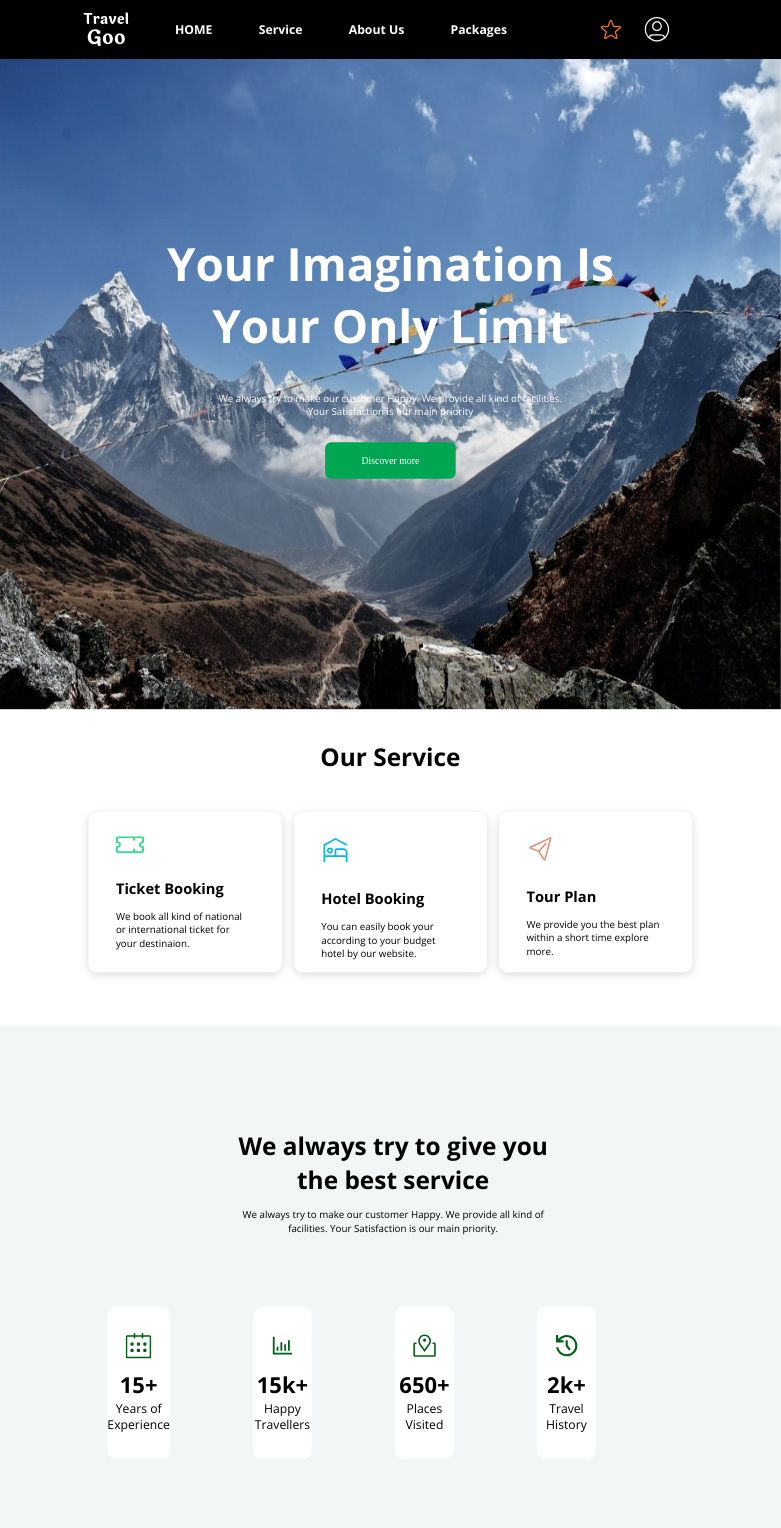
Repository: kubrazamanova/Background-Image
Page: index.html
These files come from the project's save history. The page is drawn as it stood at one moment and after a run of saves; the edit follows.
The browser window is 1280 px wide. The pictures show the whole page, at 61% of full size.

Above is the page before, as saved 2023-10-17 19:04:28.

### index.html
<!DOCTYPE html>
<html lang="en">
  <head>
    <meta charset="UTF-8" />
    <meta name="viewport" content="width=device-width, initial-scale=1.0" />
    <link rel="stylesheet" href="index.css" />
    <title>Document</title>
  </head>
  <body>
    <div class="container">
      <div class="home-page">
        <nav>
          <img src="./image/Travel Goo.svg" alt="" />
          <ul>
            <li>
              <a href="#">HOME</a>
            </li>
            <li>
              <a href="#service-page">Service</a>
            </li>
            <li>
              <a href="#">About Us</a>
            </li>

            <li>
              <a href="#">Packages</a>
            </li>
          </ul>
          <div class="photo1">
            <img src="./image/star.svg" alt="" />
            <img src="./image/user.svg" alt="" />
          </div>
        </nav>

        <main>
          <h1>Your Imagination Is Your Only Limit</h1>
          <p>
            We always try to make our customer Happy. We provide all kind of
            facilities. Your Satisfaction is our main priority
          </p>
          <a href="#">Discover more</a>
        </main>
      </div>
      <div id="service-page">
        <div class="our-service-page">
          <h1>Our Service</h1>

          <ul>
            <li>
              <svg
                xmlns="http://www.w3.org/2000/svg"
                width="46"
                height="28"
                viewBox="0 0 46 28"
                fill="none"
              >
                <path
                  d="M44.3571 10.9036C44.7929 10.9036 45.2107 10.76 45.5188 10.5044C45.8269 10.2488 46 9.90215 46 9.54067V2.72591C46 2.00295 45.6538 1.30961 45.0376 0.7984C44.4214 0.287193 43.5857 0 42.7143 0H3.28571C2.41429 0 1.57855 0.287193 0.962363 0.7984C0.346172 1.30961 0 2.00295 0 2.72591V9.54067C0 9.90215 0.173086 10.2488 0.481182 10.5044C0.789277 10.76 1.20714 10.9036 1.64286 10.9036C2.51428 10.9036 3.35002 11.1908 3.96621 11.702C4.5824 12.2132 4.92857 12.9066 4.92857 13.6295C4.92857 14.3525 4.5824 15.0458 3.96621 15.557C3.35002 16.0682 2.51428 16.3554 1.64286 16.3554C1.20714 16.3554 0.789277 16.499 0.481182 16.7546C0.173086 17.0102 0 17.3569 0 17.7184V24.5332C0 25.2561 0.346172 25.9495 0.962363 26.4607C1.57855 26.9719 2.41429 27.2591 3.28571 27.2591H42.7143C43.5857 27.2591 44.4214 26.9719 45.0376 26.4607C45.6538 25.9495 46 25.2561 46 24.5332V17.7184C46 17.3569 45.8269 17.0102 45.5188 16.7546C45.2107 16.499 44.7929 16.3554 44.3571 16.3554C43.4857 16.3554 42.65 16.0682 42.0338 15.557C41.4176 15.0458 41.0714 14.3525 41.0714 13.6295C41.0714 12.9066 41.4176 12.2132 42.0338 11.702C42.65 11.1908 43.4857 10.9036 44.3571 10.9036ZM42.7143 18.9042V24.5332H31.2143V20.4443H27.9286V24.5332H3.28571V18.9042C4.69199 18.5992 5.93673 17.9161 6.82512 16.9617C7.71351 16.0073 8.19542 14.8354 8.19542 13.6295C8.19542 12.4237 7.71351 11.2518 6.82512 10.2974C5.93673 9.34297 4.69199 8.65984 3.28571 8.3549V2.72591H27.9286V6.81477H31.2143V2.72591H42.7143V8.3549C41.308 8.65984 40.0633 9.34297 39.1749 10.2974C38.2865 11.2518 37.8046 12.4237 37.8046 13.6295C37.8046 14.8354 38.2865 16.0073 39.1749 16.9617C40.0633 17.9161 41.308 18.5992 42.7143 18.9042Z"
                  fill="#32DF8F"
                />
              </svg>
              <b>Ticket Booking</b>
              <p>
                We book all kind of national or international ticket for your
                destinaion.
              </p>
            </li>

            <li>
              <svg
                xmlns="http://www.w3.org/2000/svg"
                width="45"
                height="45"
                viewBox="0 0 45 45"
                fill="none"
              >
                <path
                  d="M13.3594 21.0938C13.7766 21.0938 14.1844 21.2175 14.5313 21.4492C14.8782 21.681 15.1485 22.0105 15.3082 22.3959C15.4678 22.7813 15.5096 23.2055 15.4282 23.6146C15.3468 24.0238 15.1459 24.3997 14.8509 24.6947C14.5559 24.9897 14.1801 25.1906 13.7709 25.272C13.3617 25.3534 12.9376 25.3116 12.5522 25.1519C12.1667 24.9923 11.8373 24.7219 11.6055 24.375C11.3737 24.0281 11.25 23.6203 11.25 23.2031C11.25 22.6437 11.4722 22.1072 11.8678 21.7116C12.2634 21.316 12.7999 21.0938 13.3594 21.0938ZM13.3594 18.2812C12.3859 18.2813 11.4343 18.5699 10.6249 19.1107C9.81553 19.6516 9.18468 20.4203 8.81216 21.3196C8.43963 22.219 8.34216 23.2086 8.53207 24.1633C8.72199 25.1181 9.19075 25.9951 9.87909 26.6834C10.5674 27.3718 11.4444 27.8405 12.3992 28.0304C13.3539 28.2203 14.3435 28.1229 15.2429 27.7503C16.1423 27.3778 16.9109 26.747 17.4518 25.9376C17.9926 25.1282 18.2813 24.1766 18.2813 23.2031C18.2813 21.8978 17.7627 20.6459 16.8397 19.7228C15.9166 18.7998 14.6647 18.2812 13.3594 18.2812Z"
                  fill="#00B8E0"
                />
                <path
                  d="M35.1562 19.6875H23.9062C23.1603 19.6875 22.445 19.9838 21.9175 20.5112C21.3901 21.0387 21.0938 21.7541 21.0938 22.5V30.9375H5.625V14.9062L22.5 5.82185L40.1203 15.3L41.4422 12.825L23.1609 2.98122C22.9575 2.87289 22.7305 2.81622 22.5 2.81622C22.2695 2.81622 22.0425 2.87289 21.8391 2.98122L3.55781 12.825C3.33326 12.9445 3.14536 13.1228 3.01411 13.3407C2.88285 13.5586 2.81318 13.8081 2.8125 14.0625V42.1875H5.625V33.75H39.375V42.1875H42.1875V26.7187C42.1875 24.8539 41.4467 23.0655 40.1281 21.7469C38.8095 20.4283 37.0211 19.6875 35.1562 19.6875ZM23.9062 30.9375V22.5H35.1562C36.2751 22.5 37.3482 22.9444 38.1394 23.7356C38.9305 24.5268 39.375 25.5998 39.375 26.7187V30.9375H23.9062Z"
                  fill="#00B8E0"
                />
              </svg>
              <b>Hotel Booking</b>
              <p>
                You can easily book your according to your budget hotel by our
                website.
              </p>
            </li>

            <li>
              <svg
                xmlns="http://www.w3.org/2000/svg"
                width="41"
                height="41"
                viewBox="0 0 41 41"
                fill="none"
              >
                <path
                  d="M37.9926 1.59009C37.7551 1.39292 37.4665 1.26731 37.1604 1.22788C36.8543 1.18845 36.5432 1.23683 36.2635 1.36739L2.7016 17.1207V20.1689L16.7983 25.8076L25.8404 39.7187H28.8893L38.5227 3.25115C38.6008 2.9525 38.5925 2.6378 38.4986 2.34372C38.4047 2.04964 38.2293 1.78828 37.9926 1.59009ZM27.0069 36.8113L19.2348 24.8538L31.1947 11.7545L29.3024 10.0267L17.2488 23.2282L5.62605 18.5791L35.5307 4.54201L27.0069 36.8113Z"
                  fill="#E48B78"
                />
              </svg>
              <b>Tour Plan</b>
              <p>
                We provide you the best plan within a short time explore more.
              </p>
            </li>
          </ul>
        </div>
        <div class="best-service">
          <h1>We always try to give you the best service</h1>
          <p class="p-1">
            We always try to make our customer Happy. We provide all kind of
            facilities. Your Satisfaction is our main priority.
          </p>

          <ul>
            <li>
              <svg
                xmlns="http://www.w3.org/2000/svg"
                width="42"
                height="42"
                viewBox="0 0 42 42"
                fill="none"
              >
                <g clip-path="url(#clip0_10_30)">
                  <path
                    d="M39.375 3.93291L28.8658 3.93295V1.31714C28.8658 0.591982 28.2785 0.00463867 27.5533 0.00463867C26.8282 0.00463867 26.2408 0.591982 26.2408 1.31714V3.93229H15.7408V1.31714C15.7408 0.591982 15.1535 0.00463867 14.4283 0.00463867C13.7032 0.00463867 13.1158 0.591982 13.1158 1.31714V3.93229H2.625C1.17534 3.93229 0 5.10764 0 6.55729V39.3698C0 40.8194 1.17534 41.9948 2.625 41.9948H39.375C40.8247 41.9948 42 40.8194 42 39.3698V6.55729C42 5.10825 40.8247 3.93291 39.375 3.93291ZM39.375 39.3698H2.625V6.55729H13.1158V7.87964C13.1158 8.60475 13.7032 9.19214 14.4283 9.19214C15.1535 9.19214 15.7408 8.60475 15.7408 7.87964V6.55795H26.2408V7.88029C26.2408 8.60545 26.8282 9.19279 27.5533 9.19279C28.2785 9.19279 28.8658 8.60545 28.8658 7.88029V6.55795H39.375V39.3698ZM30.1875 20.9954H32.8125C33.537 20.9954 34.125 20.4074 34.125 19.6829V17.0579C34.125 16.3334 33.537 15.7454 32.8125 15.7454H30.1875C29.463 15.7454 28.875 16.3334 28.875 17.0579V19.6829C28.875 20.4074 29.463 20.9954 30.1875 20.9954ZM30.1875 31.4948H32.8125C33.537 31.4948 34.125 30.9074 34.125 30.1823V27.5573C34.125 26.8328 33.537 26.2448 32.8125 26.2448H30.1875C29.463 26.2448 28.875 26.8328 28.875 27.5573V30.1823C28.875 30.9081 29.463 31.4948 30.1875 31.4948ZM22.3125 26.2448H19.6875C18.963 26.2448 18.375 26.8328 18.375 27.5573V30.1823C18.375 30.9074 18.963 31.4948 19.6875 31.4948H22.3125C23.037 31.4948 23.625 30.9074 23.625 30.1823V27.5573C23.625 26.8334 23.037 26.2448 22.3125 26.2448ZM22.3125 15.7454H19.6875C18.963 15.7454 18.375 16.3334 18.375 17.0579V19.6829C18.375 20.4074 18.963 20.9954 19.6875 20.9954H22.3125C23.037 20.9954 23.625 20.4074 23.625 19.6829V17.0579C23.625 16.3328 23.037 15.7454 22.3125 15.7454ZM11.8125 15.7454H9.1875C8.463 15.7454 7.875 16.3334 7.875 17.0579V19.6829C7.875 20.4074 8.463 20.9954 9.1875 20.9954H11.8125C12.537 20.9954 13.125 20.4074 13.125 19.6829V17.0579C13.125 16.3328 12.537 15.7454 11.8125 15.7454ZM11.8125 26.2448H9.1875C8.463 26.2448 7.875 26.8328 7.875 27.5573V30.1823C7.875 30.9074 8.463 31.4948 9.1875 31.4948H11.8125C12.537 31.4948 13.125 30.9074 13.125 30.1823V27.5573C13.125 26.8334 12.537 26.2448 11.8125 26.2448Z"
                    fill="#005F15"
                  />
                </g>
                <defs>
                  <clipPath id="clip0_10_30">
                    <rect width="42" height="42" fill="white" />
                  </clipPath>
                </defs>
              </svg>
              <b>15+</b>
              <p>Years of Experience</p>
            </li>

            <li>
              <svg
                xmlns="http://www.w3.org/2000/svg"
                width="43"
                height="43"
                viewBox="0 0 43 43"
                fill="none"
              >
                <path
                  d="M37.2891 33.2578H8.39844V7.05469C8.39844 6.86992 8.24727 6.71875 8.0625 6.71875H5.71094C5.52617 6.71875 5.375 6.86992 5.375 7.05469V35.9453C5.375 36.1301 5.52617 36.2812 5.71094 36.2812H37.2891C37.4738 36.2812 37.625 36.1301 37.625 35.9453V33.5938C37.625 33.409 37.4738 33.2578 37.2891 33.2578ZM12.0938 29.8984H14.4453C14.6301 29.8984 14.7812 29.7473 14.7812 29.5625V23.5156C14.7812 23.3309 14.6301 23.1797 14.4453 23.1797H12.0938C11.909 23.1797 11.7578 23.3309 11.7578 23.5156V29.5625C11.7578 29.7473 11.909 29.8984 12.0938 29.8984ZM18.4766 29.8984H20.8281C21.0129 29.8984 21.1641 29.7473 21.1641 29.5625V16.125C21.1641 15.9402 21.0129 15.7891 20.8281 15.7891H18.4766C18.2918 15.7891 18.1406 15.9402 18.1406 16.125V29.5625C18.1406 29.7473 18.2918 29.8984 18.4766 29.8984ZM24.8594 29.8984H27.2109C27.3957 29.8984 27.5469 29.7473 27.5469 29.5625V19.4004C27.5469 19.2156 27.3957 19.0645 27.2109 19.0645H24.8594C24.6746 19.0645 24.5234 19.2156 24.5234 19.4004V29.5625C24.5234 29.7473 24.6746 29.8984 24.8594 29.8984ZM31.2422 29.8984H33.5938C33.7785 29.8984 33.9297 29.7473 33.9297 29.5625V12.7656C33.9297 12.5809 33.7785 12.4297 33.5938 12.4297H31.2422C31.0574 12.4297 30.9062 12.5809 30.9062 12.7656V29.5625C30.9062 29.7473 31.0574 29.8984 31.2422 29.8984Z"
                  fill="#005F15"
                />
              </svg>
              <b>15k+</b>
              <p>Happy Travellers</p>
            </li>

            <li>
              <svg
                xmlns="http://www.w3.org/2000/svg"
                width="43"
                height="43"
                viewBox="0 0 43 43"
                fill="none"
              >
                <path
                  d="M21.5 32.25L13.3166 20.6938C11.9771 19.1122 11.1145 17.1827 10.8292 15.1299C10.5439 13.0771 10.8478 10.9855 11.7053 9.09874C12.5628 7.21193 13.9387 5.60758 15.6728 4.47252C17.4068 3.33747 19.4277 2.71843 21.5 2.6875C24.3726 2.71589 27.1168 3.88155 29.1317 5.92918C31.1466 7.97681 32.2679 10.7395 32.25 13.6122C32.2511 16.1182 31.3979 18.5497 29.8312 20.5056L21.5 32.25ZM21.5 5.375C19.339 5.39982 17.2763 6.28119 15.7646 7.8256C14.253 9.37001 13.416 11.4512 13.4375 13.6122C13.4465 15.5846 14.1561 17.4896 15.4397 18.9872L21.5 27.5738L27.7216 18.8125C28.9042 17.3363 29.553 15.5036 29.5625 13.6122C29.584 11.4512 28.747 9.37001 27.2354 7.8256C25.7237 6.28119 23.6609 5.39982 21.5 5.375Z"
                  fill="#005F15"
                />
                <path
                  d="M21.5 14.7812C22.9843 14.7812 24.1875 13.578 24.1875 12.0938C24.1875 10.6095 22.9843 9.40625 21.5 9.40625C20.0157 9.40625 18.8125 10.6095 18.8125 12.0938C18.8125 13.578 20.0157 14.7812 21.5 14.7812Z"
                  fill="#005F15"
                />
                <path
                  d="M37.625 16.125H34.9375V18.8125H37.625V37.625H5.375V18.8125H8.0625V16.125H5.375C4.66223 16.125 3.97865 16.4081 3.47465 16.9122C2.97065 17.4162 2.6875 18.0997 2.6875 18.8125V37.625C2.6875 38.3378 2.97065 39.0213 3.47465 39.5253C3.97865 40.0294 4.66223 40.3125 5.375 40.3125H37.625C38.3378 40.3125 39.0213 40.0294 39.5253 39.5253C40.0294 39.0213 40.3125 38.3378 40.3125 37.625V18.8125C40.3125 18.0997 40.0294 17.4162 39.5253 16.9122C39.0213 16.4081 38.3378 16.125 37.625 16.125Z"
                  fill="#005F15"
                />
              </svg>
              <b>650+</b>
              <p>Places Visited</p>
            </li>

            <li>
              <svg
                xmlns="http://www.w3.org/2000/svg"
                width="35"
                height="35"
                viewBox="0 0 35 35"
                fill="none"
              >
                <path
                  d="M3.09169 19.7254C4.17377 26.6977 10.2404 32.0775 17.5015 32.0775C25.5209 32.0775 32.0819 25.5164 32.0819 17.497C32.0819 9.47767 25.5223 2.91663 17.5029 2.91663C12.6934 2.91663 8.46127 5.25142 5.83335 8.74996V2.91808L2.92106 2.91663L2.91669 13.125H13.125V10.2083L8.45981 10.2068C10.5 7.58475 13.8571 5.83329 17.5029 5.83329C23.9167 5.83329 29.1667 11.0833 29.1667 17.497C29.1667 23.9108 23.9167 29.1622 17.5015 29.1622C11.8461 29.1622 7.10065 25.0877 6.05502 19.7254H3.09169Z"
                  fill="#005F15"
                />
                <path
                  d="M16.0446 10.2069V17.939L20.7127 24.2054L23.046 22.4598L18.9612 17.0625V10.2069H16.0446Z"
                  fill="#005F15"
                />
              </svg>
              <b>2k+</b>
              <p>Travel History</p>
            </li>
          </ul>
        </div>
      </div>
    </div>
  </body>
</html>

### index.css
@import url("https://fonts.googleapis.com/css2?family=Open+Sans:wght@400;700&display=swap");
* {
  margin: 0;
  padding: 0;
  box-sizing: border-box;
}

.home-page {
  min-height: 100vh;
  background-image: url("./image/mount-everest-1313x875.jpg");
  background-repeat: no-repeat;
  background-size: 100% 100%;
}

.home-page nav {
  width: 100%;
  padding: 20px 145px 20px 136px;
  background-color: black;
  display: flex;
  justify-content: space-between;
  position: fixed;
}

.home-page ul {
  display: flex;
  align-items: center;
}

.home-page ul li a {
  margin-right: 76px;
  list-style-type: none;
  text-decoration: none;
  color: #fff;
  font-family: Open Sans;
  font-size: 20px;
  font-style: normal;
  font-weight: 600;
  line-height: normal;
}
.home-page .photo1 {
  display: flex;
  align-items: center;
}

.home-page .photo1 img {
  margin-right: 34px;
}

main {
  padding: 381px 475px 378px 475px;
  display: flex;
  flex-direction: column;
  justify-content: center;
  align-items: center;
}

.home-page h1 {
  width: 779px;
  color: #fff;
  text-align: center;
  font-family: Open Sans;
  font-size: 75px;
  font-style: normal;
  font-weight: 800;
  line-height: normal;
}

.home-page p {
  width: 568px;
  margin-top: 57px;
  color: #fff;
  text-align: center;
  font-family: Open Sans;
  font-size: 16px;
  font-style: normal;
  font-weight: 400;
  line-height: normal;
}

.home-page main a {
  display: block;
  margin-top: 39px;
  width: 214px;
  height: 60px;
  border-radius: 10px;
  background: #00a651;
  text-decoration: none;
  color: white;
  display: flex;
  justify-content: center;
  align-items: center;
}

.our-service-page {
  padding: 50px 145px 88px 145px;
  background-color: #fff;
}

.our-service-page h1 {
  color: #000;
  text-align: center;
  font-family: Open Sans;
  font-size: 40px;
  font-style: normal;
  font-weight: 700;
  line-height: normal;
}

.our-service-page ul {
  display: flex;
  justify-content: space-between;
  margin-top: 63px;
}

.our-service-page ul li {
  width: 32%;
  padding: 40px 50px 20px 45px;
  /* margin-right: 95px; */
  list-style-type: none;
  border-radius: 15px;
  background-color: #f9f9f9;
  border-radius: 15px;
  background: #fff;
  box-shadow: 0px 4px 16px 0px rgba(0, 0, 0, 0.15);
}

.our-service-page ul li svg {
  width: 46px;
  margin-bottom: 36px;
}

.our-service-page ul li b {
  /* width: 177px; */
  display: block;
  margin-bottom: 19px;
  color: #000;
  /* text-align: center; */
  font-family: Open Sans;
  font-size: 24px;
  font-style: normal;
  font-weight: 700;
  line-height: normal;
}

.our-service-page ul li p {
  /* width: 319px; */
  color: #000;
  font-family: Open Sans;
  font-size: 16px;
  font-style: normal;
  font-weight: 400;
  line-height: normal;
}

.best-service {
  padding: 169px 167px 113px 176px;
  /* min-height: 100vh; */
  background: rgba(0, 88, 83, 0.05);
  /* display: flex;
  flex-direction: column;
  justify-content: center;
  align-items: center; */
}

.best-service h1 {
  width: 518px;
  margin: auto;
  color: #000;
  text-align: center;
  font-family: Open Sans;
  font-size: 40px;
  font-style: normal;
  font-weight: 700;
  line-height: normal;
}

.best-service .p-1 {
  width: 495px;
  margin: auto;
  margin-top: 19px;
  color: #000;
  text-align: center;
  font-family: Open Sans;
  font-size: 16px;
  font-style: normal;
  font-weight: 400;
  line-height: normal;
}

.best-service ul {
  margin-top: 118px;
  display: flex;
}

.best-service ul li {
  list-style-type: none;
  width: 250px;
  height: 250px;
  border-radius: 15px;
  background: #fff;
  margin-right: 136px;
  display: flex;
  flex-direction: column;
  align-items: center;
}

.best-service svg {
  margin-top: 43px;
  width: 42px;
  height: 42px;
}

.best-service b {
  margin-top: 19px;
  color: #000;
  font-family: Open Sans;
  font-size: 36px;
  font-style: normal;
  font-weight: 700;
  line-height: normal;
}

.best-service p {
  color: #000;
  text-align: center;
  font-family: Open Sans;
  font-size: 20px;
  font-style: normal;
  font-weight: 400;
  line-height: normal;
}

After the next 4 saves:
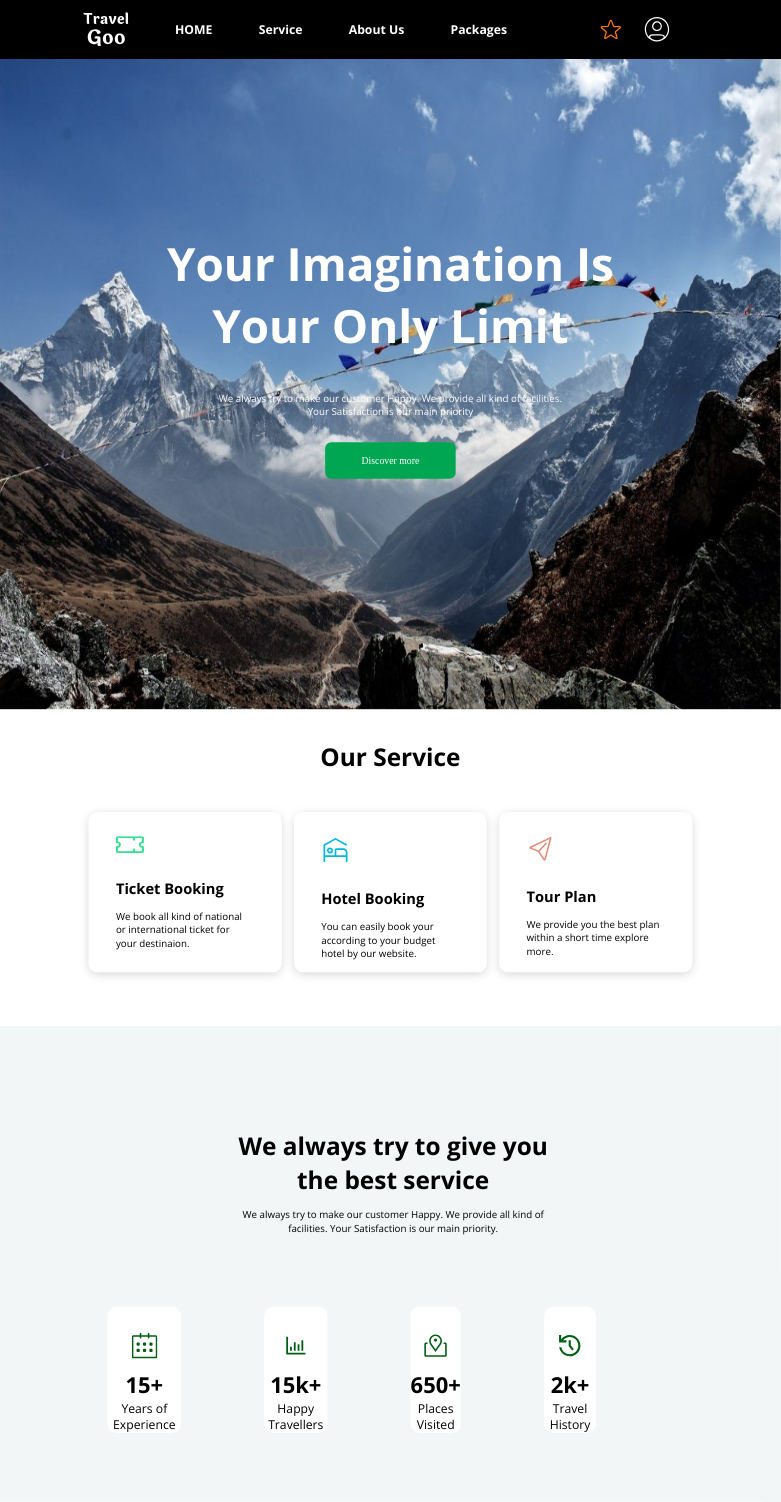
The 4 saves are shown as one change because they came seconds apart.
The last was saved 21 s later.
--- a/index.css
+++ b/index.css
@@ -190,12 +190,13 @@ main {
 .best-service ul {
   margin-top: 118px;
   display: flex;
+  justify-content: space-between;
 }
 
 .best-service ul li {
   list-style-type: none;
-  width: 250px;
-  height: 250px;
+  /* width: 250px;
+  height: 250px; */
   border-radius: 15px;
   background: #fff;
   margin-right: 136px;
